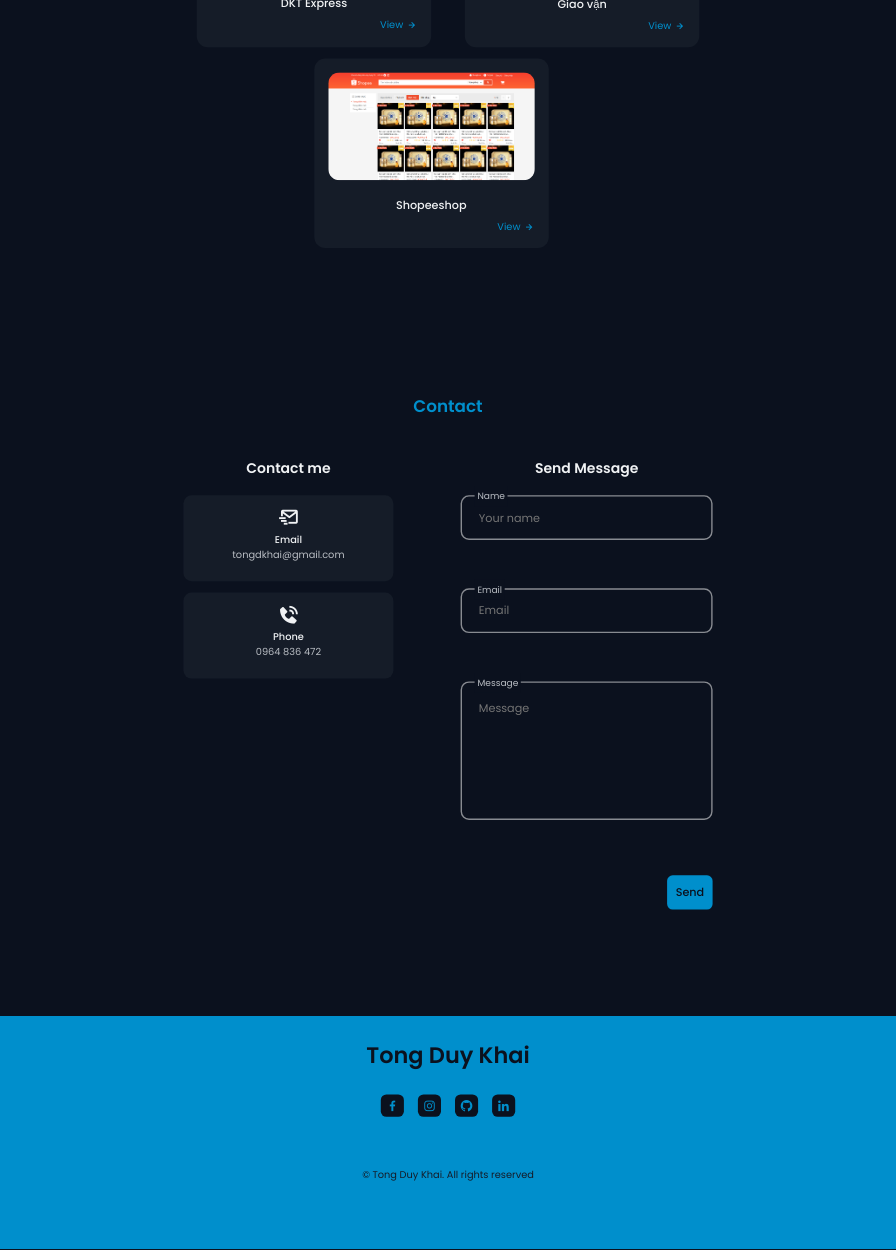
Repository: tongdkhai/portfolio
Page: index.html
An editor plug-in stored every save of this project. The page is shown before and after the next save, followed by the edit.
The browser window is 1280 px wide. The pictures show the part of the page from y = 2328 to 4248 px (the page is 4113 px tall before and 4248 px after), at 70% of full size.

Above is the page before, as saved 2022-08-10 13:33:29.

### index.html
<!DOCTYPE html>
<html lang="en">

<head>
    <meta charset="UTF-8">
    <meta name="viewport" content="width=device-width, initial-scale=1.0">

    <!--=============== FAVICON ===============-->
    <link rel="shortcut icon" href="./img/favicon.png" type="image/x-icon">

    <!--=============== BOXICONS ===============-->
    <link href='https://unpkg.com/boxicons@2.1.1/css/boxicons.min.css' rel='stylesheet'>

    <!--=============== SWIPER CSS ===============-->
    <link rel="stylesheet" href="./css/swiper-bundle.min.css">

    <!--=============== CSS ===============-->
    <link rel="stylesheet" href="./css/main.css">

    <title>Tong Duy Khai</title>
</head>

<body>
    <!--=============== HEADER ===============-->
    <header class="header" id="header">
        <nav class="nav container">

            <a href="#" class="nav__logo">Tong Duy Khai</a>

            <div class="nav__menu">
                <ul class="nav__list">
                    <li class="nav__item ">
                        <a href="#home" class="nav__link active-link">
                            <i class='bx bx-home-alt'></i>
                        </a>
                    </li>

                    <li class="nav__item">
                        <a href="#about" class="nav__link">
                            <i class='bx bx-user'></i>
                        </a>
                    </li>

                    <li class="nav__item">
                        <a href="#skills" class="nav__link">
                            <i class='bx bx-book'></i>
                        </a>
                    </li>

                    <li class="nav__item">
                        <a href="#work" class="nav__link">
                            <i class='bx bx-briefcase-alt'></i>
                        </a>
                    </li>

                    <li class="nav__item">
                        <a href="#contact" class="nav__link">
                            <i class='bx bx-message'></i>
                        </a>
                    </li>
                </ul>
            </div>

            <i class='bx bx-moon change-theme' id="theme-button"></i>
        </nav>
    </header>

    <!--=============== MAIN ===============-->
    <main class="main">
        <!--=============== HOME ===============-->
        <section class="home section" id="home">
            <div class="home__container container grid">
                <div class="home__data">
                    <h1 class="home__name">Tong Duy Khai</h1>
                    <h3 class="home__education">Front End - Web Developer<br><br>

                        <div class="home__buttons">
                            <a download="" href="./pdf/Tong Duy Khai_CV.pdf" class="button button--ghost" target="_blank">
                                Download CV
                            </a>
                        </div>
                </div>
                 <div class="home__handle">
                    <img src="./img/avatar.png" alt="" class="home__img">
                </div>
            </div>
        </section>

        <!--=============== ABOUT ===============-->
        <section class="about section" id="about">
            <h2 class="section__title">Infomation</h2>

            <div class="about__container container grid">
                <img src="./img/avatar.png" alt="" class="about__img">

                <div class="about__data">
                    <div class="about__info">
                        <div class="about__box">
                            <i class='bx bx-award about__icon'></i>
                            <h3 class="about__title">Experience</h3>
                            <span class="about__subtitle">Intern</span>
                        </div>

                        <div class="about__box">
                            <i class='bx bx-briefcase about__icon'></i>
                            <h3 class="about__title">Complete</h3>
                            <span class="about__subtitle">2+ Projects</span>
                        </div>

                        <div class="about__box">
                            <i class='bx bxs-building-house about__icon'></i>
                            <h3 class="about__title">Worked</h3>
                            <span class="about__subtitle">Worked in the company</span>
                        </div>
                    </div>

                    <p class="about__description">
                        Frontend Developer, I create web pages with HTML, CSS and Javascript.
                    </p>

                </div>
            </div>
        </section>

        <!--=============== SKILLS ===============-->
        <section class="skills section" id="skills">
            <h2 class="section__title">Skills</h2>

            <div class="skills__container container grid">

                 <div class="skills__content">
                    <h3 class="skills__title">FrontEnd Developer</h3>

                    <div class="skills__box">
                        <div class="skills__group">
                            <div class="skills__data">
                                <i class='bx bx-check-circle'></i>

                                <div>
                                    <h3 class="skills__name">HTML</h3>
                                    <span class="skills__level">Basic</span>
                                </div>
                            </div>

                            <div class="skills__data">
                                <i class='bx bx-check-circle'></i>

                                <div>
                                    <h3 class="skills__name">CSS</h3>
                                    <span class="skills__level">Basic</span>
                                </div>
                            </div>

                        </div>
                        <div class="skills__group">
                            <div class="skills__data">
                                <i class='bx bx-check-circle'></i>

                                <div>
                                    <h3 class="skills__name">Javascript</h3>
                                    <span class="skills__level">Basic</span>
                                </div>
                            </div>

                        </div>
                    </div>
                </div>

                <div class="skills__content">
                    <h3 class="skills__title">Tools - Frameworks</h3>

                    <div class="skills__box">
                        <div class="skills__group">
                            <div class="skills__data">
                                <i class='bx bx-check-circle'></i>

                                <div>
                                    <h3 class="skills__name">Bootstrap</h3>
                                    <span class="skills__level">Basic</span>
                                </div>
                            </div>

                            <div class="skills__data">
                                <i class='bx bx-check-circle'></i>

                                <div>
                                    <h3 class="skills__name">Git/Github</h3>
                                    <span class="skills__level">Basic</span>
                                </div>
                            </div>
                        </div>
                    </div>
                </div>


            </div>
        </section>

        <!--=============== WORK ===============-->
        <section class="work section" id="work">
            <h2 class="section__title">Portfolio</h2>

            <div class="work__container container grid">
                <div class="work__card mix web">
                    <img src="./img/DKT Express.png" alt="" class="work__img">

                    <h3 class="work__title">DKT Express</h3>
                    <a href="https://tongdkhai.github.io/DKT-Express/" target="_blank" class="work__button">
                        View <i class='bx bx-right-arrow-alt work__icon'></i>
                    </a>
                </div>

                <div class="work__card mix web">
                    <img src="./img/Giaovan.png" alt="" class="work__img">

                    <h3 class="work__title">Giao vận</h3>
                    <a href="https://tongdkhai.github.io/giaovan/" target="_blank" class="work__button">
                        View <i class='bx bx-right-arrow-alt work__icon'></i>
                    </a>
                </div>
            </div>
            <div class="work__container container grid">
                <div class="work__card mix web">
                    <img src="./img/Shopee.png" alt="" class="work__img">

                    <h3 class="work__title">Shopeeshop</h3>
                    <a href="https://tongdkhai.github.io/Shopeeshop/" target="_blank" class="work__button">
                        View <i class='bx bx-right-arrow-alt work__icon'></i>
                    </a>
                </div>

            </div>
        </section>

        <!--=============== CONTACT ===============-->
        <section class="contact section" id="contact">
            <h2 class="section__title">Contact</h2>

            <div class="contact__container container grid">
                <div class="contact__content">
                    <h3 class="contact__title">Contact me</h3>

                    <div class="contact__info">
                        <div class="contact__card">
                            <i class='bx bx-mail-send contact__card-icon'></i>
                            <h3 class="contact__card-title">Email</h3>
                            <span class="contact__card-data">tongdkhai@gmail.com</span>
                        </div>

                        <div class="contact__card">
                            <i class='bx bxs-phone-call contact__card-icon'></i>
                            <h3 class="contact__card-title">Phone</h3>
                            <span class="contact__card-data">0964 836 472</span>
                        </div>


                    </div>
                </div>

                <div class="contact__content">
                    <h3 class="contact__title">Send Message</h3>

                    <form action="" class="contact__form" id="form-1">
                        <div class="contact__form-div">
                            <label for="fullname" class="contact__form-tag">Name</label>
                            <input id="fullname" name="fullname" type="text" placeholder="Your name"
                                class="contact__form-input">
                            <span class="form-message"></span>
                        </div>

                        <div class="contact__form-div">
                            <label for="email" class="contact__form-tag">Email</label>
                            <input id="email" name="email" type="text" placeholder="Email"
                                class="contact__form-input">
                            <span class="form-message"></span>
                        </div>

                        <div class="contact__form-div contact__form-area">
                            <label for="" class="contact__form-tag">Message</label>
                            <textarea name="message" id="message" cols="30" rows="10" class="contact__form-input"
                                placeholder="Message"></textarea>
                            <span class="form-message"></span>
                        </div>

                        <button class="button form-submit pull-right">Send</button>
                    </form>
                </div>
            </div>
        </section>
    </main>

    <!--=============== FOOTER ===============-->
    <footer class="footer">
        <div class="footer__container container">
            <h1 class="footer__title">Tong Duy Khai</h1>

            <ul class="footer__social">
                <a href="https://www.facebook.com/tongdkhai/" target="_blank" class="footer__social-link">
                    <i class='bx bxl-facebook'></i>
                </a>
                <a href="https://www.instagram.com/dk.tong/" target="_blank" class="footer__social-link">
                    <i class='bx bxl-instagram'></i>
                </a>
                <a href="https://github.com/tongdkhai" target="_blank"
                    class="footer__social-link">
                    <i class='bx bxl-github'></i>
                </a>
                <a href="https://www.linkedin.com/in/tongdkhai/" target="_blank"
                    class="footer__social-link">
                    <i class='bx bxl-linkedin'></i>
                </a>
            </ul>

            <span class="footer__copy">
                &#169; Tong Duy Khai. All rights reserved
            </span>
        </div>
    </footer>

    <div class="social">
         <a href="https://www.facebook.com/tongdkhai/" target="_blank" class="social-link">
                        <i class='bx bxl-facebook'></i>
                    </a>

                    <a href="https://www.instagram.com/dk.tong/" target="_blank" class="social-link">
                        <i class='bx bxl-instagram'></i>
                    </a>

                    <a href="https://github.com/tongdkhai" target="_blank" class="social-link">
                        <i class='bx bxl-github'></i>
                    </a>

                    <a href="https://www.linkedin.com/in/tongdkhai/" target="_blank" class="social-link">
                        <i class='bx bxl-linkedin'></i>
                    </a>
    </div>
    <div id="toast"></div>
    <!-- FORM VALIDATOR -->
    <script src="./js/validator.js"></script>
    <script>
        Validator({
            form: '#form-1',
            formGroupSelector: '.contact__form-div',
            errorSelector: '.form-message',
            rules: [
                Validator.isRequired('#fullname', 'Please write your name'),
                Validator.isRequired('#email', 'Please write your email'),
                Validator.isEmail('#email', 'Email isnt invalid, please rewrite'),
                Validator.isRequired('#message', 'Please write message for me'),
            ],
            onSubmit: function (data) {
                console.log(data);
            }
        });
    </script>
    <!-- TOAST MESENGES -->
    <script src="./js/toast.js"></script>

    <!--=============== SCROLLREVEAL ===============-->
    <script src="./js/scrollreveal.min.js"></script>

    <!--=============== MIXITUP FILTER ===============-->
    <script src="./js/mixitup.min.js"></script>

    <!--=============== MAIN JS ===============-->
    <script src="./js/main.js"></script>
</body>

</html>

Loaded but not shown: css/swiper-bundle.min.css (library); js/scrollreveal.min.js (library); js/mixitup.min.js (library); js/validator.js (167 lines, source omitted); js/main.js (96 lines, source omitted); js/toast.js (60 lines, source omitted); css/main.css (919 lines, source omitted)

After the next save:
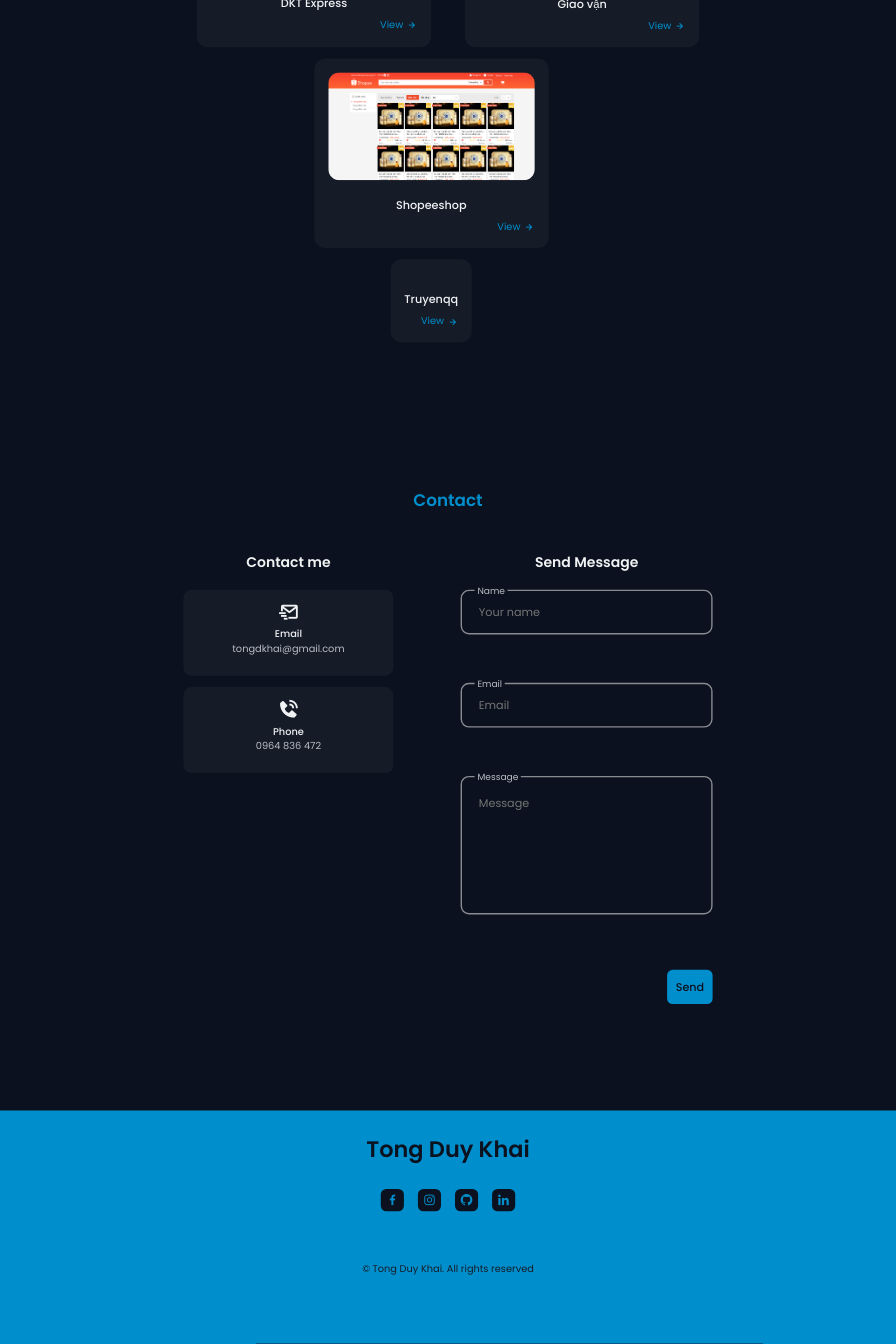
Saved 14 days later.
--- a/index.html
+++ b/index.html
@@ -225,6 +225,17 @@
 
                     <h3 class="work__title">Shopeeshop</h3>
                     <a href="https://tongdkhai.github.io/Shopeeshop/" target="_blank" class="work__button">
+                        View <i class='bx bx-right-arrow-alt work__icon'></i>
+                    </a>
+                </div>
+
+            </div>
+            <div class="work__container container grid">
+                <div class="work__card mix web">
+                    <img src="" alt="" class="work__img">
+
+                    <h3 class="work__title">Truyenqq</h3>
+                    <a href="https://tongdkhai.github.io/truyenqq/" target="_blank" class="work__button">
                         View <i class='bx bx-right-arrow-alt work__icon'></i>
                     </a>
                 </div>
